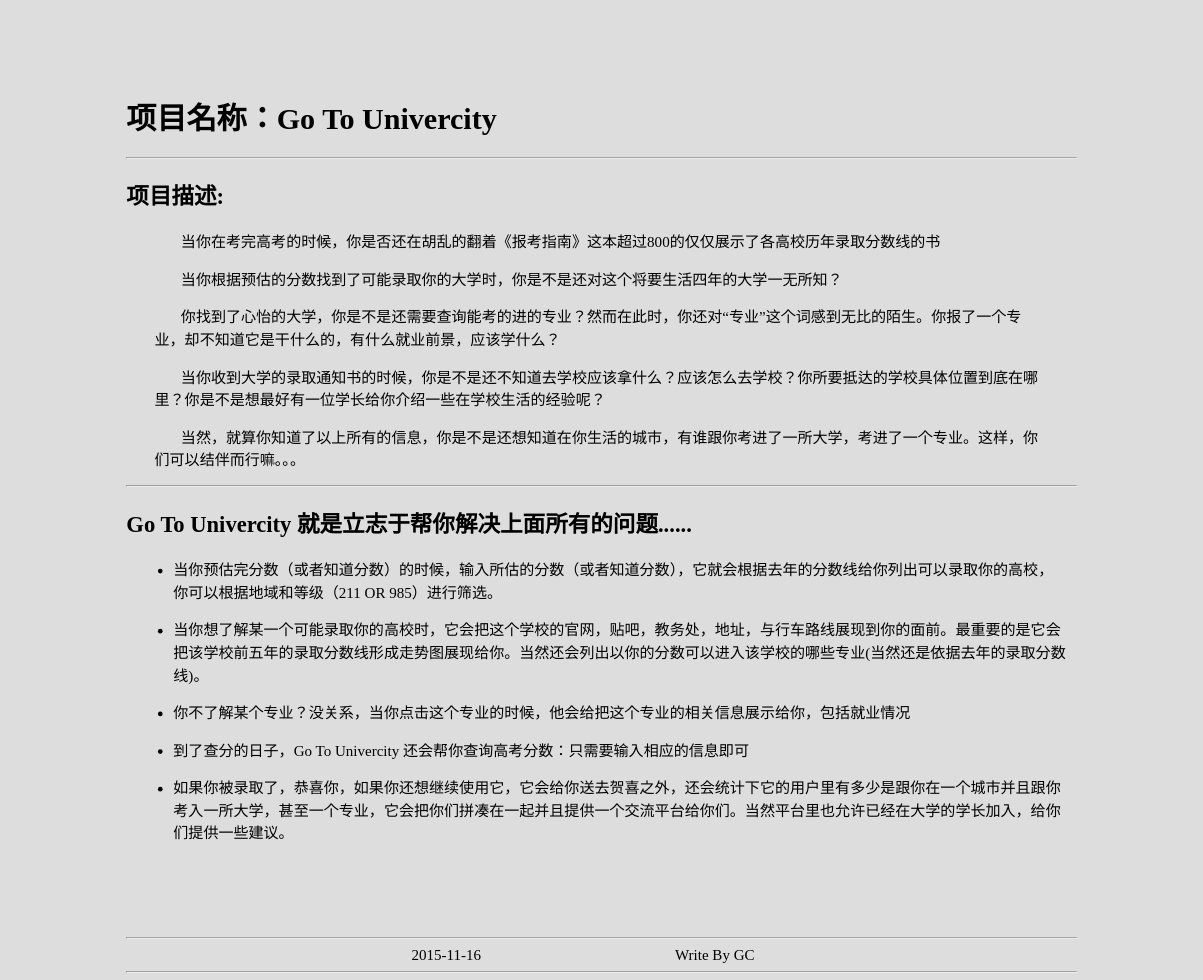
Repository: SUT-GC/GoToUnivercity
Page: http://localhost/GoToUniversity/ideasource/idea.jsp
These files come from the project's save history. The page is drawn as it stood at one moment and after the next save; the edit follows.
The browser window is 1280 px wide. The pictures show the whole page, at 94% of full size.
The page is served by Tomcat 9.

Above is the page before, as saved 2015-11-16 11:47:16.

### GoToUniversity/WebContent/ideasource/idea.jsp
<%@ page language="java" contentType="text/html; charset=UTF-8"
    pageEncoding="UTF-8"%>
<!DOCTYPE html PUBLIC "-//W3C//DTD HTML 4.01 Transitional//EN" "http://www.w3.org/TR/html4/loose.dtd">
<html>
<head>
<meta http-equiv="Content-Type" content="text/html; charset=UTF-8">
<title>Idea Source</title>
<!--java 绝对地址 start  -->
<%
	String urlp = application.getContextPath()+"/ideasource/";
%>
<link href="<%=urlp%>css/idea.css" rel="stylesheet" type="text/css"/>
</head>
<body>
	<div class="content">
		<div class="content_head">
			<h1>项目名称：Go To Univercity</h1>
		</div>
		<hr/>
		<div class="content_body">
			<div class="content_body_description">
				<h2>项目描述:</h2>
					<p>&nbsp&nbsp&nbsp&nbsp&nbsp&nbsp  当你在考完高考的时候，你是否还在胡乱的翻着《报考指南》这本超过800的仅仅展示了各高校历年录取分数线的书</p>
					<p>&nbsp&nbsp&nbsp&nbsp&nbsp&nbsp  当你根据预估的分数找到了可能录取你的大学时，你是不是还对这个将要生活四年的大学一无所知？</p>
					<p>&nbsp&nbsp&nbsp&nbsp&nbsp&nbsp  你找到了心怡的大学，你是不是还需要查询能考的进的专业？然而在此时，你还对“专业”这个词感到无比的陌生。你报了一个专业，却不知道它是干什么的，有什么就业前景，应该学什么？</p>
					<p>&nbsp&nbsp&nbsp&nbsp&nbsp&nbsp  当你收到大学的录取通知书的时候，你是不是还不知道去学校应该拿什么？应该怎么去学校？你所要抵达的学校具体位置到底在哪里？你是不是想最好有一位学长给你介绍一些在学校生活的经验呢？</p>
					<p>&nbsp&nbsp&nbsp&nbsp&nbsp&nbsp  当然，就算你知道了以上所有的信息，你是不是还想知道在你生活的城市，有谁跟你考进了一所大学，考进了一个专业。这样，你们可以结伴而行嘛。。。</p>
			</div>
			<hr/>
			<div class="content_body_content">
				<h2>Go To Univercity 就是立志于帮你解决上面所有的问题......</h2>
				<div class="content_body_content_ui">
					<ul>
						<li><p>当你预估完分数（或者知道分数）的时候，输入所估的分数（或者知道分数），它就会根据去年的分数线给你列出可以录取你的高校，你可以根据地域和等级（211 OR 985）进行筛选。</p></li>
						<li><p>当你想了解某一个可能录取你的高校时，它会把这个学校的官网，贴吧，教务处，地址，与行车路线展现到你的面前。最重要的是它会把该学校前五年的录取分数线形成走势图展现给你。当然还会列出以你的分数可以进入该学校的哪些专业(当然还是依据去年的录取分数线)。</p></li>
						<li><p>你不了解某个专业？没关系，当你点击这个专业的时候，他会给把这个专业的相关信息展示给你，包括就业情况</p></li>
						<li><p>到了查分的日子，Go To Univercity 还会帮你查询高考分数：只需要输入相应的信息即可</p></li>
						<li><p>如果你被录取了，恭喜你，如果你还想继续使用它，它会给你送去贺喜之外，还会统计下它的用户里有多少是跟你在一个城市并且跟你考入一所大学，甚至一个专业，它会把你们拼凑在一起并且提供一个交流平台给你们。当然平台里也允许已经在大学的学长加入，给你们提供一些建议。</p></li>
					</ul>
				</div>
			</div>
			<div class="content_tail">

			</div>
		</div>
		<hr/>
		<div class="tail">
			<span class="tail_date">2015-11-16</span>          <span class="tail_writer">Write By GC</span>
		</div>
		<hr/>
	</div>
	</body>
</html>

### GoToUniversity/WebContent/ideasource/css/idea.css
@CHARSET "UTF-8";
body{
	background-color: #DDDDDD;
}
.content{
	width: 80%;
	margin-left: 10%;
	margin-top: 100px;
}
.content_head{

}
.content_body_description > p{
	margin-left: 30px;
	margin-right: 30px;
}
.content_body_content_ui{
	margin-left: 10px;
	margin-right: 10px;
}
.content_tail{
	margin-bottom: 100px;
}
.tail_date{
	margin-left: 30%;
}
.tail_writer{
	margin-left: 20%;
}

After the next save:
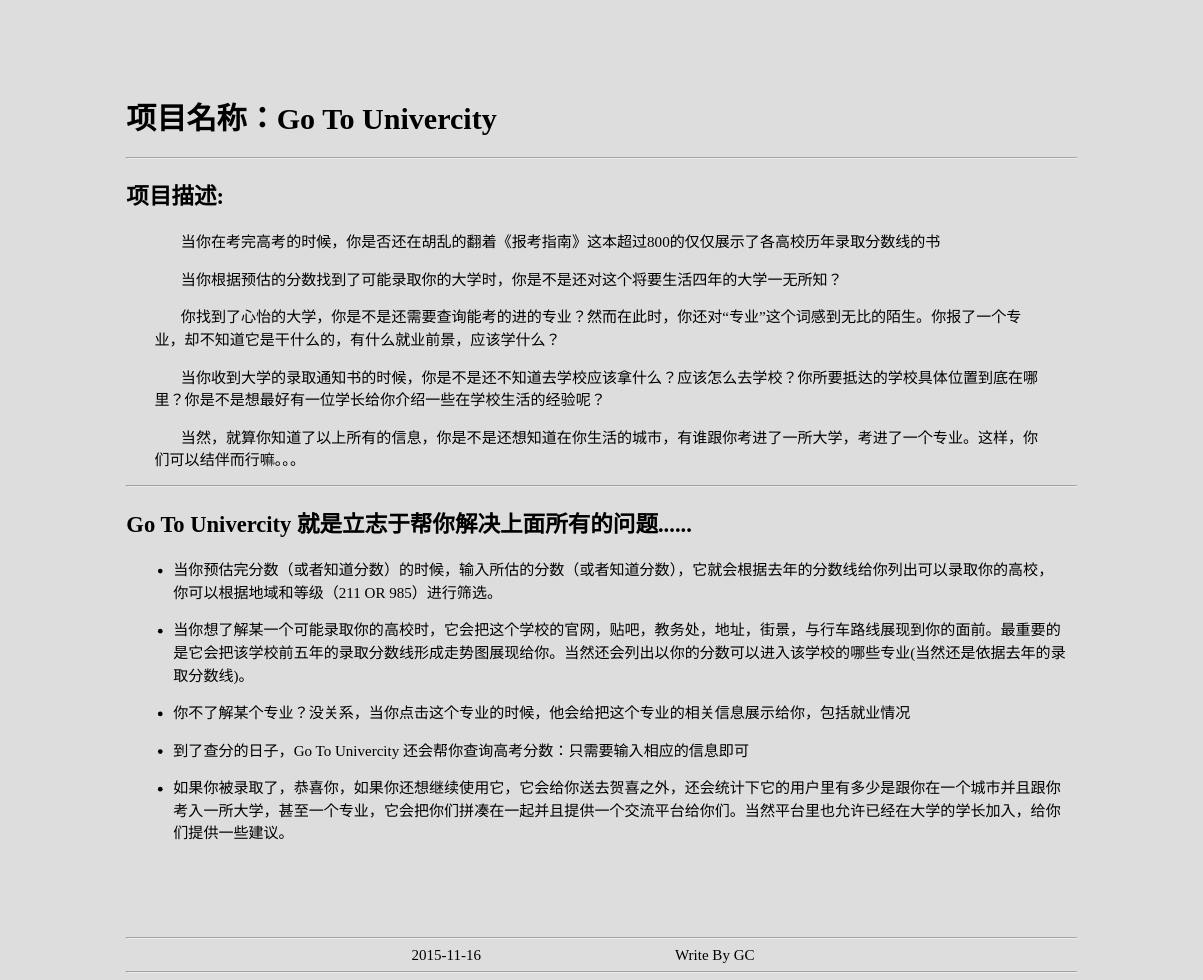
Saved 107 min 25 s later.
--- a/GoToUniversity/WebContent/ideasource/idea.jsp
+++ b/GoToUniversity/WebContent/ideasource/idea.jsp
@@ -32,7 +32,7 @@
 				<div class="content_body_content_ui">
 					<ul>
 						<li><p>当你预估完分数（或者知道分数）的时候，输入所估的分数（或者知道分数），它就会根据去年的分数线给你列出可以录取你的高校，你可以根据地域和等级（211 OR 985）进行筛选。</p></li>
-						<li><p>当你想了解某一个可能录取你的高校时，它会把这个学校的官网，贴吧，教务处，地址，与行车路线展现到你的面前。最重要的是它会把该学校前五年的录取分数线形成走势图展现给你。当然还会列出以你的分数可以进入该学校的哪些专业(当然还是依据去年的录取分数线)。</p></li>
+						<li><p>当你想了解某一个可能录取你的高校时，它会把这个学校的官网，贴吧，教务处，地址，街景，与行车路线展现到你的面前。最重要的是它会把该学校前五年的录取分数线形成走势图展现给你。当然还会列出以你的分数可以进入该学校的哪些专业(当然还是依据去年的录取分数线)。</p></li>
 						<li><p>你不了解某个专业？没关系，当你点击这个专业的时候，他会给把这个专业的相关信息展示给你，包括就业情况</p></li>
 						<li><p>到了查分的日子，Go To Univercity 还会帮你查询高考分数：只需要输入相应的信息即可</p></li>
 						<li><p>如果你被录取了，恭喜你，如果你还想继续使用它，它会给你送去贺喜之外，还会统计下它的用户里有多少是跟你在一个城市并且跟你考入一所大学，甚至一个专业，它会把你们拼凑在一起并且提供一个交流平台给你们。当然平台里也允许已经在大学的学长加入，给你们提供一些建议。</p></li>
